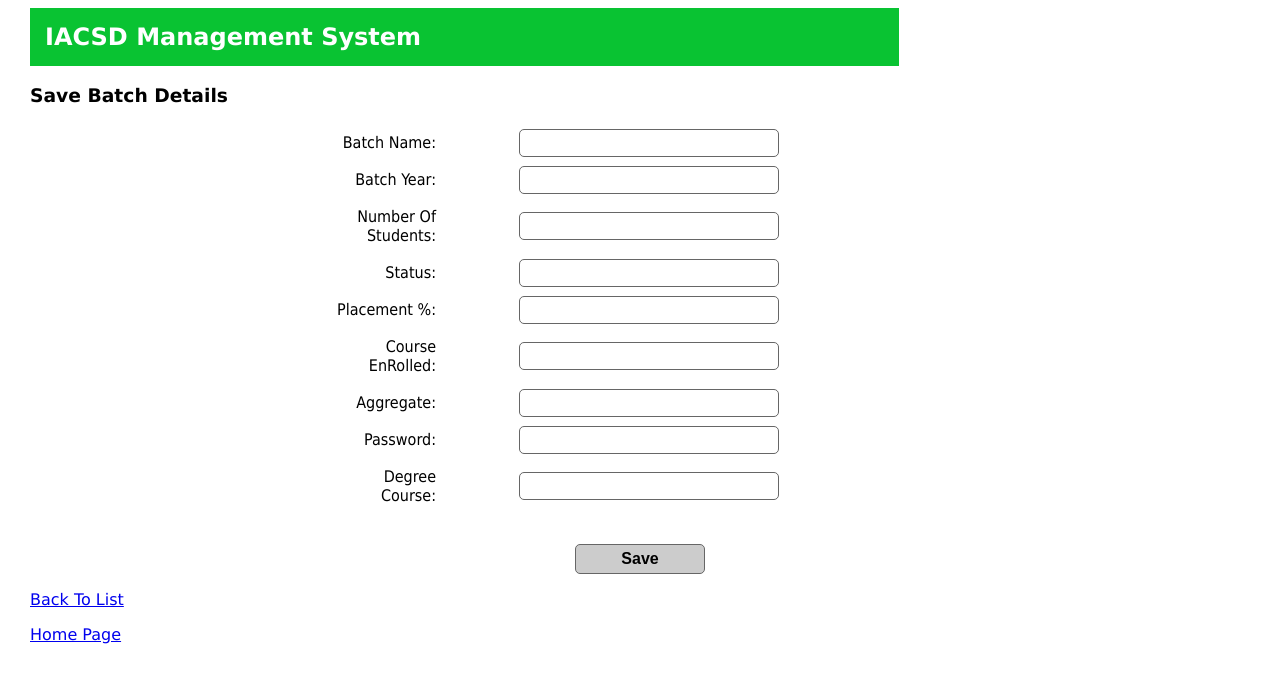
Repository: vsc8791/IMS
Page: http://localhost/web-customer-tracker/WEB-INF/view/batch-form.jsp
These files come from the project's save history. The page is drawn as it stood at one moment and after the next save; the edit follows.
The browser window is 1280 px wide. The pictures show the whole page.
The page is served by Tomcat 9. Nobody is signed in. The template is opened directly, without the code that normally fills it, so the values that code supplies are empty.

Above is the page before, as saved 2018-07-28 06:45:41.

After the next save:
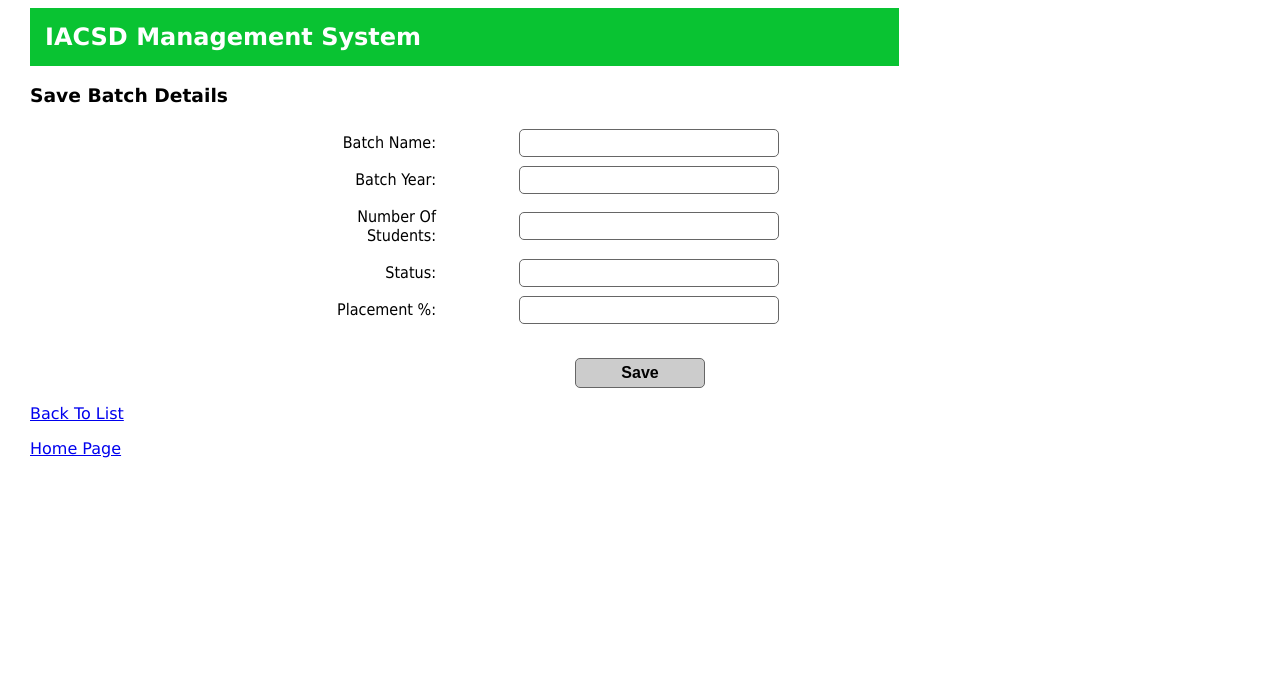
Saved 101 s later.
--- a/web-customer-tracker/WebContent/WEB-INF/view/batch-form.jsp
+++ b/web-customer-tracker/WebContent/WEB-INF/view/batch-form.jsp
@@ -46,22 +46,7 @@
 						<td><label>Placement %:</label></td>
 						<td><form:input path="placement_percentage" type="number"/></td>
 					</tr>
-					<tr>
-						<td><label>Course EnRolled:</label></td>
-						<td><form:input path="course_enrolled" /></td>
-					</tr>
-					<tr>
-						<td><label>Aggregate:</label></td>
-						<td><form:input path="aggregate"/></td>
-					</tr>
-					<tr>
-						<td><label>Password:</label></td>
-						<td><form:input path="password" type="password" /></td>
-					</tr>
-					<tr>
-						<td><label>Degree Course:</label></td>
-						<td><form:input path="degree_course"/></td>
-					</tr>
+
 
 				</tbody>
 
